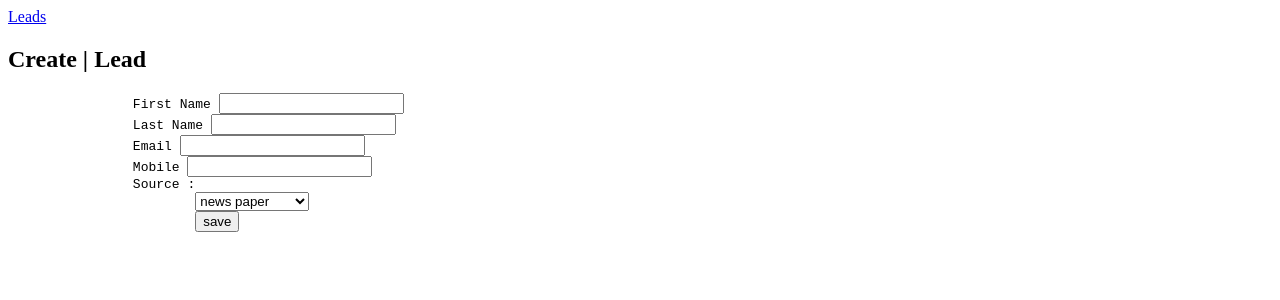
Repository: aniket-9211/zohocrmapp2
Page: http://localhost/zohocrmapp2/WEB-INF/jsps/create_lead.jsp
These files come from the project's save history. The page is drawn as it stood at one moment and after the next save; the edit follows.
The browser window is 1280 px wide. The pictures show the whole page.
The page is served by Tomcat 9. Nobody is signed in. The template is opened directly, without the code that normally fills it, so the values that code supplies are empty.

Above is the page before, as saved 2022-09-24 22:28:03.

After the next save:
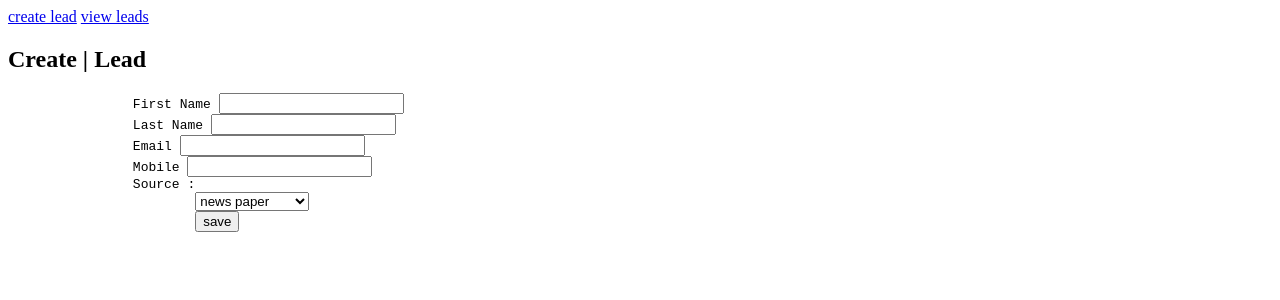
Saved 85 s later.
--- a/zohocrmapp2/src/main/webapp/WEB-INF/jsps/menu.jsp
+++ b/zohocrmapp2/src/main/webapp/WEB-INF/jsps/menu.jsp
@@ -6,6 +6,7 @@
 <meta charset="ISO-8859-1">
 </head>
 <body>
-	<a href = "listall">Leads</a>
+	<a href="viewCreateLeadPage">create lead</a>
+	<a href="listall">view leads</a>
 </body>
 </html>
